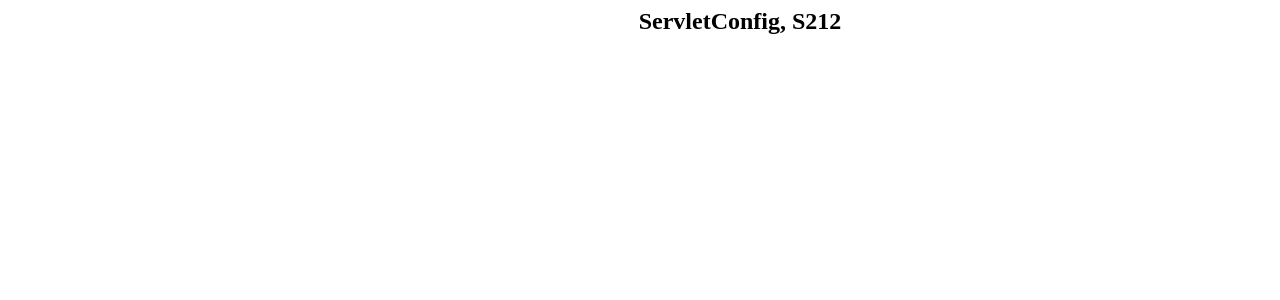
Repository: anxhuang/Java_Web
Page: http://localhost/code/S212
An editor plug-in stored every save of this project. The page is shown before and after the next save, followed by the edit.
The browser window is 1280 px wide. The pictures show the whole page.
The page is served by Tomcat 9.

Above is the page before, as saved 2018-07-17 11:53:04.

After the next save:
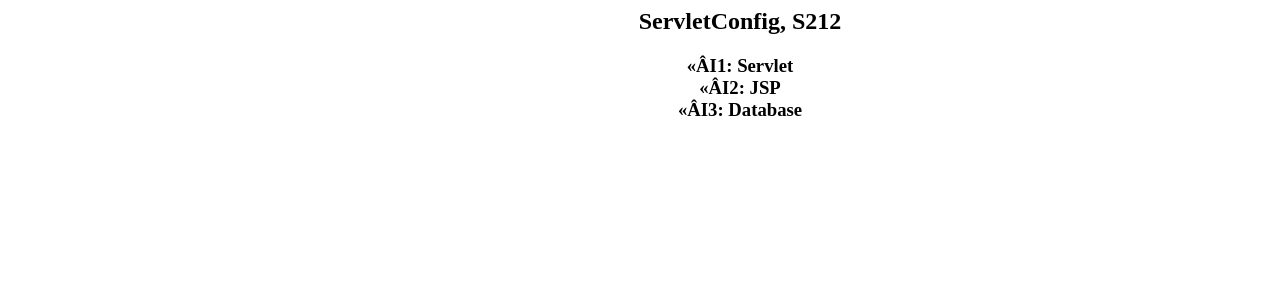
Saved 23 s later.
--- a/code/src/code/servlet/S212.java
+++ b/code/src/code/servlet/S212.java
@@ -34,8 +34,10 @@ public class S212 extends HttpServlet {
 		PrintWriter out=response.getWriter();
 
 		out.println("<center><div style='width: 80%; height: 300px; margin-left: 200px'>");
-		out.println("<h2>ServletConfig, S212");
-		out.println("");
+		out.println("<h2>ServletConfig, S212</h2><h3>");
+		out.println("­«ÂI1: "+getServletContext().getInitParameter("Part1")+"<br>");//method chaining
+		out.println("­«ÂI2: "+getServletContext().getInitParameter("Part2")+"<br>");
+		out.println("­«ÂI3: "+getServletContext().getInitParameter("Part3")+"<br>");
 		out.println("</h2></h3></div></center>");
 	}
 
